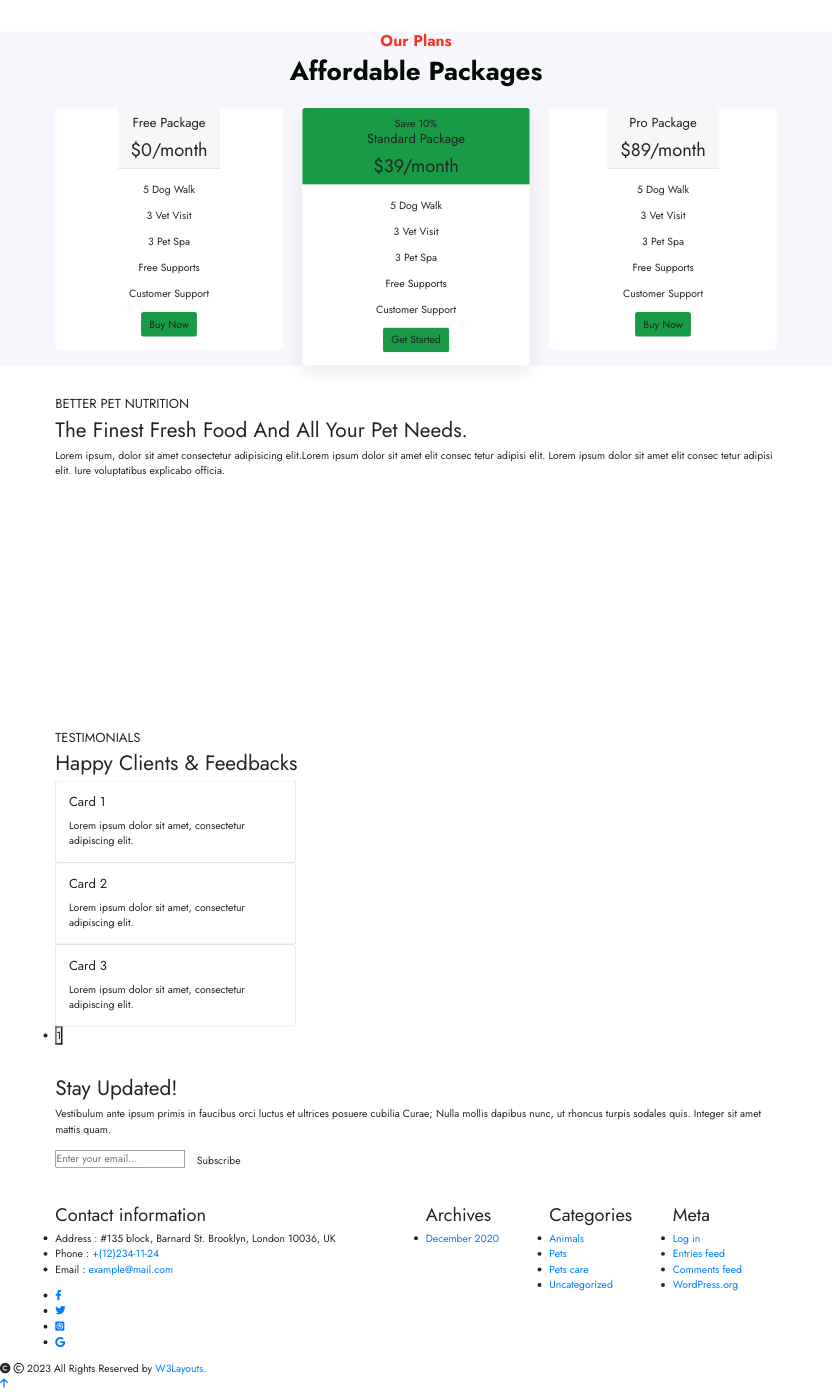
Repository: thanhfrankie/poochcare
Page: index.html
These files come from the project's save history. The page is drawn as it stood at one moment and after a run of saves; the edit follows.
The browser window is 1280 px wide. The pictures show the whole page, at 65% of full size.
Pictures or frames that could not be fetched are drawn as grey boxes.

Above is the page before, as saved 2023-12-20 22:04:34.

### index.html
<!DOCTYPE html>
<html lang="en">
  <head>
    <title>Pooch Care</title>
    <!-- Required meta tags -->
    <meta charset="utf-8" />
    <meta
      name="viewport"
      content="width=device-width, initial-scale=1, shrink-to-fit=no"
    />
    <!-- FONT AWESOME -->
    <link
      rel="stylesheet"
      href="https://cdnjs.cloudflare.com/ajax/libs/font-awesome/6.4.2/css/all.min.css"
      integrity="sha512-z3gLpd7yknf1YoNbCzqRKc4qyor8gaKU1qmn+CShxbuBusANI9QpRohGBreCFkKxLhei6S9CQXFEbbKuqLg0DA=="
      crossorigin="anonymous"
      referrerpolicy="no-referrer"
    />
    <!-- Bootstrap CSS -->
    <link
      rel="stylesheet"
      href="https://stackpath.bootstrapcdn.com/bootstrap/4.3.1/css/bootstrap.min.css"
      integrity="sha384-ggOyR0iXCbMQv3Xipma34MD+dH/1fQ784/j6cY/iJTQUOhcWr7x9JvoRxT2MZw1T"
      crossorigin="anonymous"
    />
    <!-- Font Jost -->
    <link rel="preconnect" href="https://fonts.googleapis.com" />
    <link rel="preconnect" href="https://fonts.gstatic.com" crossorigin />
    <link
      href="https://fonts.googleapis.com/css2?family=Jost:wght@300;400;700&display=swap"
      rel="stylesheet"
    />
    <!-- Pricing CSS -->
    <link rel="stylesheet" href="./css/pricing.css" />
    <!-- pet food CSS (em đặt tên nutrition hay pet-nutrition hay pet__nutrition nó không cho đặt vậy ạ) -->
    <link rel="stylesheet" href="./css/petfood.css" />
    <!-- Testimonials CSS -->
    <link rel="stylesheet" href="./css/testimonials.css" />
    <!-- Subscribe CSS -->
    <link rel="stylesheet" href="./css/subscribe.css" />
    <!-- footer CSS -->
    <link rel="stylesheet" href="./css/footer.css" />
    <!-- Main CSS -->
    <link rel="stylesheet" href="./css/style.css" />
  </head>
  <body>
    <!-- Pricing -->
    <section class="pricing" id="pricing">
      <div class="container mt-5">
        <div class="title">
          <h4>Our Plans</h4>
          <h2>Affordable Packages</h2>
        </div>
        <div class="row mt-6">
          <!-- Pricing Card 1 -->
          <div class="col-lg-4">
            <div class="card">
              <div class="card-header">
                <h5 class="card-title">Free Package</h5>
                <h3 class="card-text">$0/month</h3>
              </div>
              <div class="card-body">
                <p class="card-text">5 Dog Walk</p>
                <p class="card-text">3 Vet Visit</p>
                <p class="card-text">3 Pet Spa</p>
                <p class="card-text">Free Supports</p>
                <p class="card-text">Customer Support</p>
                <a href="#" class="btn btn-buy">Buy Now</a>
              </div>
            </div>
          </div>

          <!-- Pricing Card 2 -->
          <div class="col-lg-4">
            <div class="card card2">
              <div class="card-header">
                <div class="card-save">Save 10%</div>
                <h5 class="card-title">Standard Package</h5>
                <h3 class="card-text">$39/month</h3>
              </div>
              <div class="card-body">
                <p class="card-text">5 Dog Walk</p>
                <p class="card-text">3 Vet Visit</p>
                <p class="card-text">3 Pet Spa</p>
                <p class="card-text">Free Supports</p>
                <p class="card-text">Customer Support</p>
                <a href="#" class="btn btn-buy">Get Started</a>
              </div>
            </div>
          </div>

          <!-- Pricing Card 3 -->
          <div class="col-lg-4">
            <div class="card">
              <div class="card-header">
                <h5 class="card-title">Pro Package</h5>
                <h3 class="card-text">$89/month</h3>
              </div>
              <div class="card-body">
                <p class="card-text">5 Dog Walk</p>
                <p class="card-text">3 Vet Visit</p>
                <p class="card-text">3 Pet Spa</p>
                <p class="card-text">Free Supports</p>
                <p class="card-text">Customer Support</p>
                <a href="#" class="btn btn-buy">Buy Now</a>
              </div>
            </div>
          </div>
        </div>
      </div>
    </section>
    <!-- PET NUTRITION -->
    <section class="nutrition">
      <div class="container mt-5">
        <h5>BETTER PET NUTRITION</h5>
        <h2>The Finest Fresh Food And All Your Pet Needs.</h2>
        <p>
          Lorem ipsum, dolor sit amet consectetur adipisicing elit.Lorem ipsum
          dolor sit amet elit consec tetur adipisi elit. Lorem ipsum dolor sit
          amet elit consec tetur adipisi elit. Iure voluptatibus explicabo
          officia.
        </p>
        <iframe
          width="560"
          height="315"
          src="https://www.youtube.com/embed/JXUTJNv4j6A?si=1nzgvqwKbkVzJ4BS"
          title="YouTube video player"
          frameborder="0"
          allow="accelerometer; autoplay; clipboard-write; encrypted-media; gyroscope; picture-in-picture; web-share"
          allowfullscreen
        ></iframe>
      </div>
    </section>
    <!-- TESTIMONIALS -->
    <section class="testimonial">
      <div class="container mt-5">
        <h5>TESTIMONIALS</h5>
        <h2>Happy Clients & Feedbacks</h2>
        <div class="slick-carousel">
          <!-- Slick Carousel Item 1 -->
          <div class="card">
            <div class="card-body">
              <h5 class="card-title">Card 1</h5>
              <p class="card-text">
                Lorem ipsum dolor sit amet, consectetur adipiscing elit.
              </p>
            </div>
          </div>

          <!-- Slick Carousel Item 2 -->
          <div class="card">
            <div class="card-body">
              <h5 class="card-title">Card 2</h5>
              <p class="card-text">
                Lorem ipsum dolor sit amet, consectetur adipiscing elit.
              </p>
            </div>
          </div>

          <!-- Slick Carousel Item 3 -->
          <div class="card">
            <div class="card-body">
              <h5 class="card-title">Card 3</h5>
              <p class="card-text">
                Lorem ipsum dolor sit amet, consectetur adipiscing elit.
              </p>
            </div>
          </div>
        </div>
      </div>
    </section>
    <!-- Subscribe -->
    <section class="subscribe">
      <div class="container mt-5">
        <h2>Stay Updated!</h2>
        <p>
          Vestibulum ante ipsum primis in faucibus orci luctus et ultrices
          posuere cubilia Curae; Nulla mollis dapibus nunc, ut rhoncus turpis
          sodales quis. Integer sit amet mattis quam.
        </p>
        <input
          type="email"
          name=""
          id="subscribe"
          placeholder="Enter your email..."
        />
        <button class="btn">Subscribe</button>
      </div>
    </section>
    <footer>
      <div class="container mt-5">
        <div class="row">
          <div class="col-lg-6">
            <h3>Contact information</h3>
            <ul class="footer__contact">
              <li>
                Address : #135 block, Barnard St. Brooklyn, London 10036, UK
              </li>
              <li>
                Phone :
                <span>
                  <a href="#">+(12)234-11-24</a>
                </span>
              </li>
              <li>
                Email :
                <span>
                  <a href="#">example@mail.com</a>
                </span>
              </li>
            </ul>
            <ul class="footer__social">
              <li>
                <a href="https://www.facebook.com/w3layouts/">
                  <i class="fa-brands fa-facebook-f"></i
                ></a>
              </li>
              <li>
                <a href="https://twitter.com/W3layouts"
                  ><i class="fa-brands fa-twitter"></i
                ></a>
              </li>
              <li>
                <a href="https://dribbble.com/w3layouts"
                  ><i class="fa-brands fa-square-dribbble"></i
                ></a>
              </li>
              <li>
                <a href="https://myaccount.google.com/intro/profile"
                  ><i class="fa-brands fa-google"></i
                ></a>
              </li>
            </ul>
          </div>
          <div class="col-lg-6">
            <div class="row">
              <div class="col-sm-4">
                <h3>Archives</h3>
                <ul>
                  <li>
                    <a href="#"> December 2020 </a>
                  </li>
                </ul>
              </div>
              <div class="col-sm-4">
                <h3>Categories</h3>
                <ul>
                  <li>
                    <a href="#"> Animals </a>
                  </li>
                  <li>
                    <a href="#"> Pets </a>
                  </li>
                  <li>
                    <a href="#"> Pets care </a>
                  </li>
                  <li>
                    <a href="#"> Uncategorized </a>
                  </li>
                </ul>
              </div>
              <div class="col-sm-4">
                <h3>Meta</h3>
                <ul>
                  <li>
                    <a href="#"> Log in </a>
                  </li>
                  <li>
                    <a href="#"> Entries feed </a>
                  </li>
                  <li>
                    <a href="#"> Comments feed </a>
                  </li>
                  <li>
                    <a href="#"> WordPress.org </a>
                  </li>
                </ul>
              </div>
            </div>
          </div>
        </div>
      </div>
      <div class="copyright">
        <i class="fa fa-copyright" aria-hidden="true"></i>
        <i class="fa-regular fa-copyright"></i>
        <span
          >2023 All Rights Reserved by
          <a href="https://w3layouts.com/">W3Layouts.</a></span
        >
      </div>
    </footer>
    <a href="#" class="backToTop cd-top text-replace js-cd-top">
      <i class="fa fa-arrow-up"></i>
    </a>
    <!-- Optional JavaScript -->
    <!-- jQuery first, then Popper.js, then Bootstrap JS -->
    <script
      src="https://code.jquery.com/jquery-3.3.1.slim.min.js"
      integrity="sha384-q8i/X+965DzO0rT7abK41JStQIAqVgRVzpbzo5smXKp4YfRvH+8abtTE1Pi6jizo"
      crossorigin="anonymous"
    ></script>
    <script
      src="https://cdnjs.cloudflare.com/ajax/libs/popper.js/1.14.7/umd/popper.min.js"
      integrity="sha384-UO2eT0CpHqdSJQ6hJty5KVphtPhzWj9WO1clHTMGa3JDZwrnQq4sF86dIHNDz0W1"
      crossorigin="anonymous"
    ></script>
    <script
      src="https://stackpath.bootstrapcdn.com/bootstrap/4.3.1/js/bootstrap.min.js"
      integrity="sha384-JjSmVgyd0p3pXB1rRibZUAYoIIy6OrQ6VrjIEaFf/nJGzIxFDsf4x0xIM+B07jRM"
      crossorigin="anonymous"
    ></script>
    <!-- slick carousel  -->
    <script
      src="https://cdnjs.cloudflare.com/ajax/libs/slick-carousel/1.8.1/slick.min.js"
      integrity="sha512-XtmMtDEcNz2j7ekrtHvOVR4iwwaD6o/FUJe6+Zq+HgcCsk3kj4uSQQR8weQ2QVj1o0Pk6PwYLohm206ZzNfubg=="
      crossorigin="anonymous"
      referrerpolicy="no-referrer"
    ></script>
    <script>
      // Initialize Slick Carousel
      $(".slick-carousel").slick({
        slidesToShow: 3,
        slidesToScroll: 1,
        dots: true,
        prevArrow: '<button type="button" class="slick-prev">&#9665;</button>',
        nextArrow: '<button type="button" class="slick-next">&#9655;</button>',
        responsive: [
          {
            breakpoint: 768,
            settings: {
              slidesToShow: 2,
            },
          },
          {
            breakpoint: 576,
            settings: {
              slidesToShow: 1,
            },
          },
        ],
      });
    </script>
  </body>
</html>

### css/pricing.css
.pricing {
  background-color: #f9f7fe;
}
.pricing .container {
  width: 100%;
}
.pricing .container .title {
  display: flex;
  justify-content: center;
  align-items: center;
  flex-direction: column;
  padding-bottom: 25px;
}
.pricing .container .title h4 {
  color: #f53626;
  font-weight: 550;
}
.pricing .title h2 {
  font-size: 40px;
  font-weight: 600;
  line-height: 48px;
  text-transform: capitalize;
  color: #000c04;
}
.pricing .container .row {
  /* border: 1px solid blue; */
}
.pricing .container .row .card {
  display: flex;
  justify-content: center;
  align-items: center;
  flex-direction: column;
  text-align: center;
  background-color: #ffffff;
  border-radius: 5px;
  border: none;
}
.pricing .container .row .card2 {
  box-shadow: 0 10px 30px 0 rgba(17, 17, 17, 0.09);
  z-index: 1;
}
.pricing .container .row .card2 .card-header {
  width: 100%;
  background-color: #189a46;
  border-top-right-radius: 5px;
  border-top-left-radius: 5px;
  line-height: 1.5;
}
.btn-buy {
    background-color: #189a46;
}
.btn-buy:hover {
    background-color: #189a46;
    padding: 12px 35px;
    font-size: 18px;
    line-height: 28px;
    text-transform: capitalize;
    font-weight: 400;
    color: white;
    border-radius: 10px;
}
.btn:hover {
    color: #fff;
    background-color: #116E32;
    border-color: #116E32;
}

### css/testimonials.css
TESTIMONIALS

### css/style.css
/* Global */
* {
  padding: 0;
  margin: 0;
  box-sizing: border-box;
}
html,
body {
  font-family: "Jost", sans-serif;
}

Loaded but not shown: css/footer.css (no copy from this time; the picture is the same without it); css/petfood.css (no copy from this time; the picture is the same without it); css/subscribe.css (no copy from this time; the picture is the same without it)

After the next 2 saves:
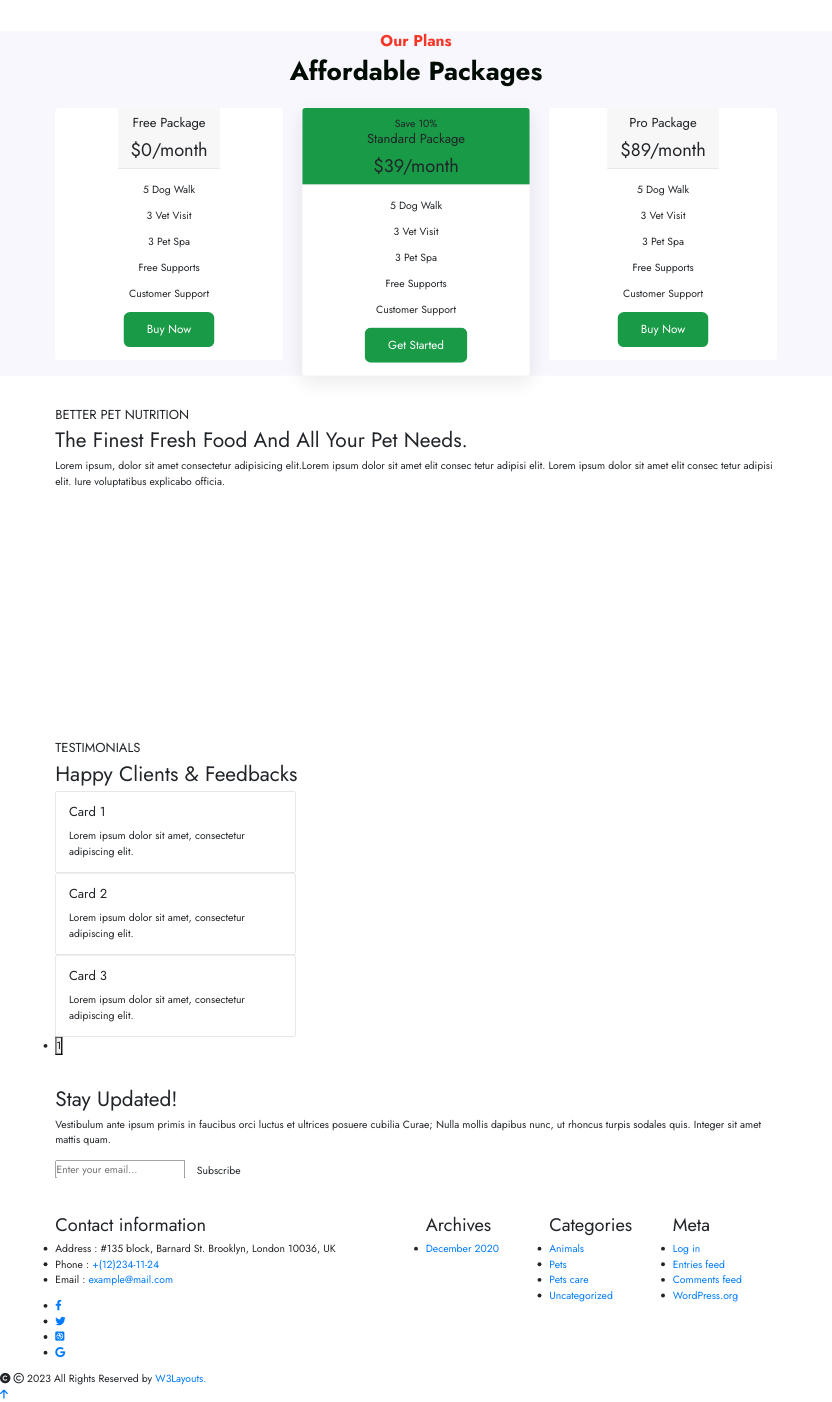
The 2 saves are shown as one change because they came seconds apart.
The last was saved 23 s later.
--- a/css/pricing.css
+++ b/css/pricing.css
@@ -46,10 +46,8 @@
   border-top-left-radius: 5px;
   line-height: 1.5;
 }
+
 .btn-buy {
-    background-color: #189a46;
-}
-.btn-buy:hover {
     background-color: #189a46;
     padding: 12px 35px;
     font-size: 18px;
